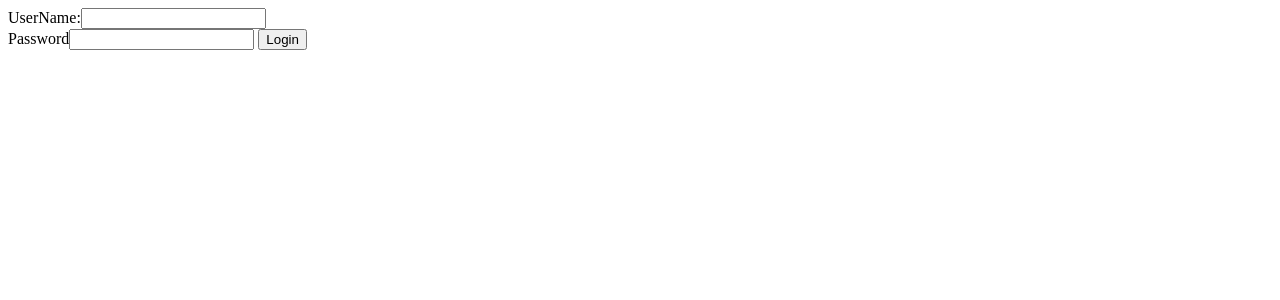
Repository: 164424-RoshanKanwal/All_Assignments
Page: UserValidation2/WebContent/html/login.html
These files come from the project's save history. The page is drawn as it stood at one moment and after the next save; the edit follows.
The browser window is 1280 px wide. The pictures show the whole page.

Above is the page before, as saved 2018-12-05 02:41:59.

### UserValidation2/WebContent/html/login.html
<!DOCTYPE html>
<html>
<head>
<meta charset="ISO-8859-1">
<title>Insert title here</title>
</head>
<body>
<form action="/validate2" method ="post">
UserName:<input type= "text" name = "userName"><br>
Password<input type = "password" name= "password">
<input type = "submit" value= "Login">
</form>
</body>
</html>

After the next save:
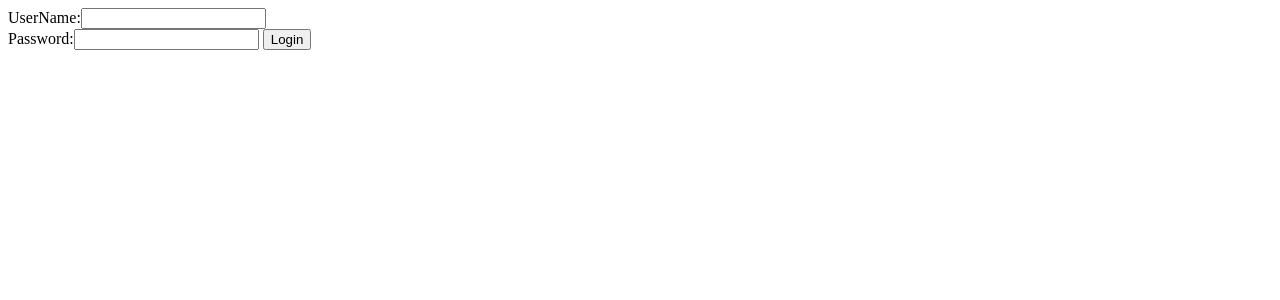
Saved 14 s later.
--- a/UserValidation2/WebContent/html/login.html
+++ b/UserValidation2/WebContent/html/login.html
@@ -7,7 +7,7 @@
 <body>
 <form action="/validate2" method ="post">
 UserName:<input type= "text" name = "userName"><br>
-Password<input type = "password" name= "password">
+Password:<input type = "password" name= "password">
 <input type = "submit" value= "Login">
 </form>
 </body>
